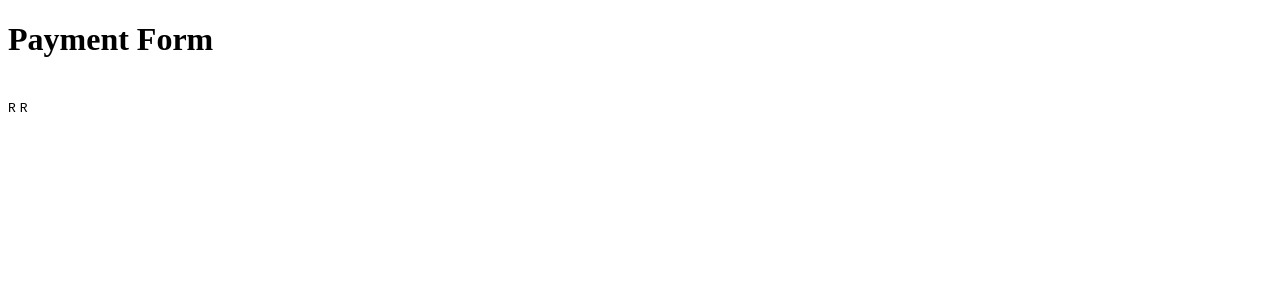
Repository: 10-2-pursuit/lab-intro-to-forms
Page: index.html
The author's editor kept a copy of each file at every save. The page is drawn from the files as they stood at one save, then again after a run of saves.
The browser window is 1280 px wide. The pictures show the whole page.

Above is the page before, as saved 2023-06-13 21:07:06.

After the next 2 saves:
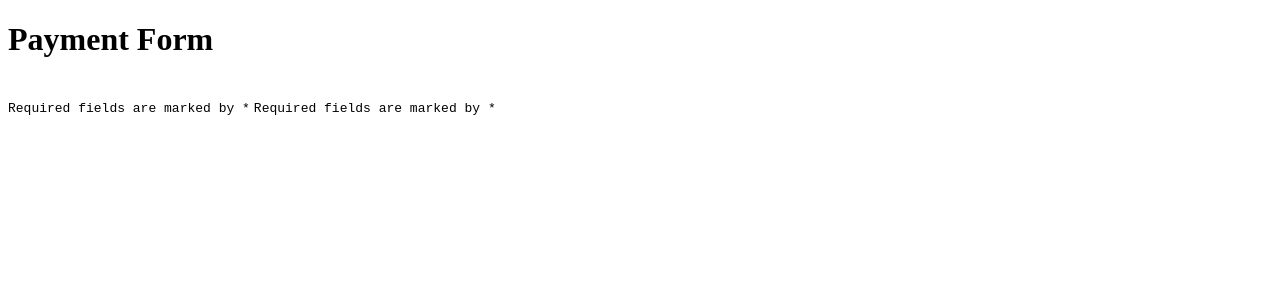
The 2 saves are shown as one change because they came seconds apart.
The last was saved 11 s later.
--- a/index.html
+++ b/index.html
@@ -8,8 +8,8 @@
 <body>
     <h1>Payment Form</h1>
     <br>
-    <tt>R</tt>
-    <tt>R</tt>
+    <tt>Required fields are marked by *</tt>
+    <tt>Required fields are marked by *</tt>
 
 
 
